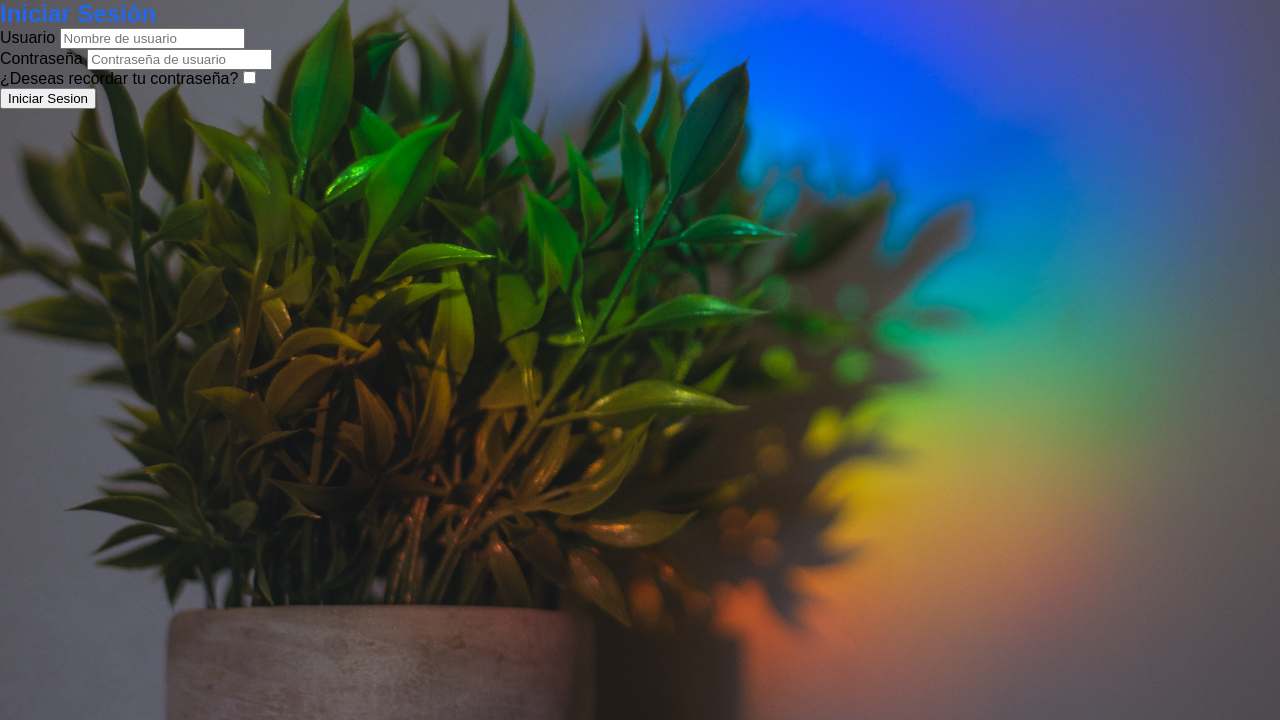
Repository: TzMichaelYT/ModuloHTMLCSS
Page: formularioHTML/index.html
These files come from the project's save history. The page is drawn as it stood at one moment and after the next save; the edit follows.
The browser window is 1280 px wide. The pictures show the whole page.

Above is the page before, as saved 2021-07-14 19:53:44.

### formularioHTML/index.html
<!DOCTYPE html>
<html lang="es">
  <head>
    <meta charset="UTF-8" />
    <meta http-equiv="X-UA-Compatible" content="IE=edge" />
    <meta name="viewport" content="width=device-width, initial-scale=1.0" />
    <title>Iniciar Sesion</title>

    <!-- Estilos CSS -->
    <link rel="stylesheet" href="./styles/styles.css">

  </head>
  <body class="bg-matica">
    <!-- Seccion login -->
    <section class="screen-form">
      <!-- Contenedor del formulario -->
      <div class="bg-white form-container">
        <form>
          <!-- Contenedor del titulo -->
          <div>
            <h1 class="header-color">Iniciar Sesi&oacute;n</h1>
          </div>

          <!-- Inputs de inicio de sesion-->
          <div>
            <label for="usuario">Usuario</label>
            <input type="text" id="usuario" placeholder="Nombre de usuario" />
          </div>

          <div>
            <label for="password">Contraseña</label>
            <input
              type="password"
              id="password"
              placeholder="Contraseña de usuario"
            />
          </div>

          <div>
            <label for="check">¿Deseas recordar tu contraseña?</label>
            <input type="checkbox" id="check" />
          </div>

          <div>
              <button type="submit">Iniciar Sesion</button>
          </div>
        </form>
      </div>
    </section>
  </body>
</html>

### formularioHTML/styles/styles.css
/*Estilos Genarales*/
* {
    font-family: Arial, Helvetica, sans-serif;
    margin: 0;
}

/* Color del titulo */
.header-color {
    color: #2168ec;
}

/* Imagen de fondo */
.bg-matica {
    background-image: url('../img/matica.jpg');
    background-size: cover;
    background-repeat: no-repeat;
    background-position-y: 40%;
}
/* contendedor formulario */

bg-white {
    background-color: #fff;
}

/* contenedores de inputs */

/* estilos de botones */

/*Alineacion Formulario*/

After the next save:
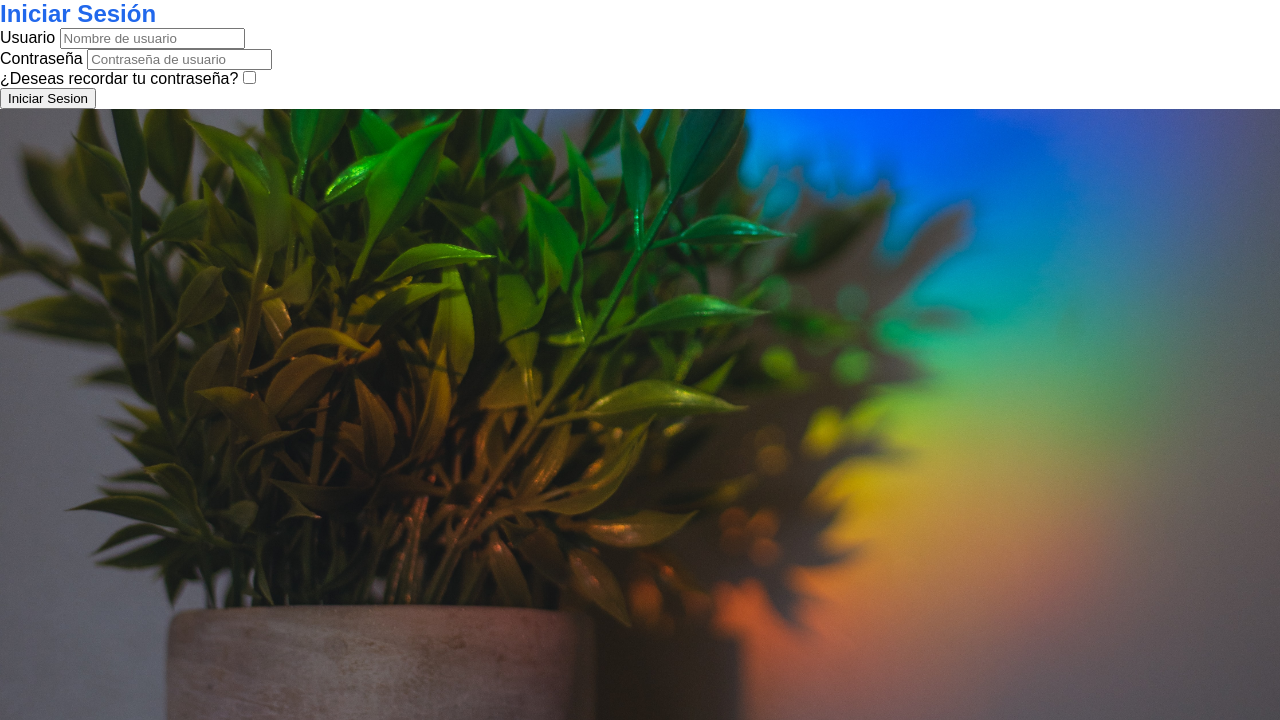
Saved 37 s later.
--- a/formularioHTML/styles/styles.css
+++ b/formularioHTML/styles/styles.css
@@ -18,7 +18,7 @@
 }
 /* contendedor formulario */
 
-bg-white {
+.bg-white {
     background-color: #fff;
 }
 
